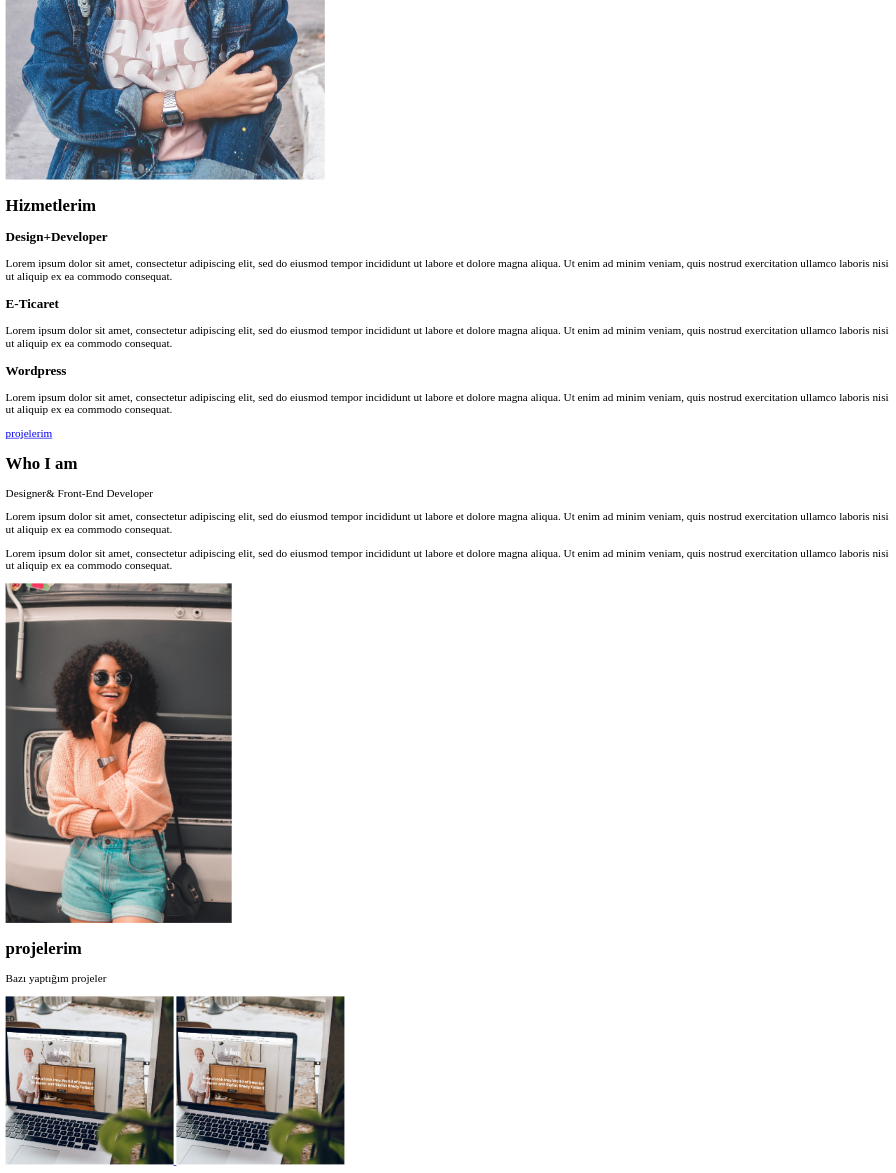
Repository: denizangin/portfolyo
Page: index.html
An editor plug-in stored every save of this project. The page is shown before and after the next save, followed by the edit.
The browser window is 1280 px wide. The pictures show the part of the page from y = 688 to 2608 px (the page is 2364 px tall before and 2608 px after), at 70% of full size.

Above is the page before, as saved 2024-08-01 04:13:06.

### index.html
<!DOCTYPE html>
<html lang="tr">

<head>
    <meta charset="UTF-8">
    <meta name="viewport" content="width=device-width, initial-scale=1.0">
    <title> jane Smith Portfolyo</title>
</head>

<body>
    <header>
        <div class="logo">
            <img src="img/DEVJANE.png" alt="logo">
        </div>

        <button class="nav-toggle">
            <span class="hamburger"></span>
        </button>

        <nav class="nav">
            <ul class="nav__list">
                <li class="nav__item">
                    <a href="#home" class="nav__link">Anasayfa</a>
                </li>
                <li class="nav__item">
                    <a href="#services" class="nav__link">Hizmetlerim</a>
                </li>
                <li class="nav__item">
                    <a href="#" class="nav__link">Hakkımda</a>
                </li>
                <li class="nav__item">
                    <a href="#" class="nav__link">projelerim</a>
                </li>
            </ul>
        </nav>


    </header>

    <!-- Introduction-->
    <section class="intro" id="home">
        <h1 class="section__title section__title--intro"> Hi, I am <strong> jane Smith </strong> </h1>
        <P class="section__titlesection__subtitle--intro"> front-end dev</P>
        <img src="img/component (3).png" alt="jane smith gülümsediği foto">
    </section>

    <!--My Services-->
    <section class="my services" id="services">
        <h2 class="section__titile section__title--services"> Hizmetlerim</h2>
        <div class="services">
            <div class="service">
                <h3> Design+Developer</h3>
                <p> Lorem ipsum dolor sit amet, consectetur adipiscing elit, sed do eiusmod tempor incididunt ut labore
                    et dolore magna aliqua. Ut enim ad minim veniam, quis nostrud exercitation ullamco laboris nisi ut
                    aliquip ex ea commodo consequat.</p>
            </div>

            <div class="service ">
                <h3>E-Ticaret</h3>
                <p>Lorem ipsum dolor sit amet, consectetur adipiscing elit, sed do eiusmod tempor incididunt ut labore
                    et dolore magna aliqua. Ut enim ad minim veniam, quis nostrud exercitation ullamco laboris nisi ut
                    aliquip ex ea commodo consequat.</p>
            </div>

            <div class="service ">
                <h3>Wordpress</h3>
                <p>Lorem ipsum dolor sit amet, consectetur adipiscing elit, sed do eiusmod tempor incididunt ut labore
                    et dolore magna aliqua. Ut enim ad minim veniam, quis nostrud exercitation ullamco laboris nisi ut
                    aliquip ex ea commodo consequat.</p>
            </div>
        </div>

        <a href="#work"> projelerim </a>

    </section>

    <!--About Me-->
    <section class="about_me" id="about">
        <h2 class="section__title section __title--about"> Who I am</h2>
        <P class="section __subtitle section__subtitle--about">Designer& Front-End Developer</P>

        <div class="about-me__body">
            <p> Lorem ipsum dolor sit amet, consectetur adipiscing elit, sed do eiusmod tempor incididunt ut labore et
                dolore magna aliqua. Ut enim ad minim veniam, quis nostrud exercitation ullamco laboris nisi ut aliquip
                ex ea commodo consequat.</p>
            <p>Lorem ipsum dolor sit amet, consectetur adipiscing elit, sed do eiusmod tempor incididunt ut labore et
                dolore magna aliqua. Ut enim ad minim veniam, quis nostrud exercitation ullamco laboris nisi ut aliquip
                ex ea commodo consequat.</p>
        </div>

        <img src="img/component.png" alt="jane ayakta fotosu">
    </section>

    <!--My Work-->
     <section class="my-work" id="work">
        <h2 class= "section__title"> projelerim </h2>
        <p class="section__subtitle"> Bazı yaptığım projeler</p>

        <div class="portfolio">
            <a href="#" class="portfolio-item">
                <img src="img/component (15).png" class="portfolio__item">
                <a href="#" class="portfolio-item">
                    <img src="img/component (15).png" class="portfolio__item">


            </a>

        </div>


     </section>











</body>

</html>

After the next save:
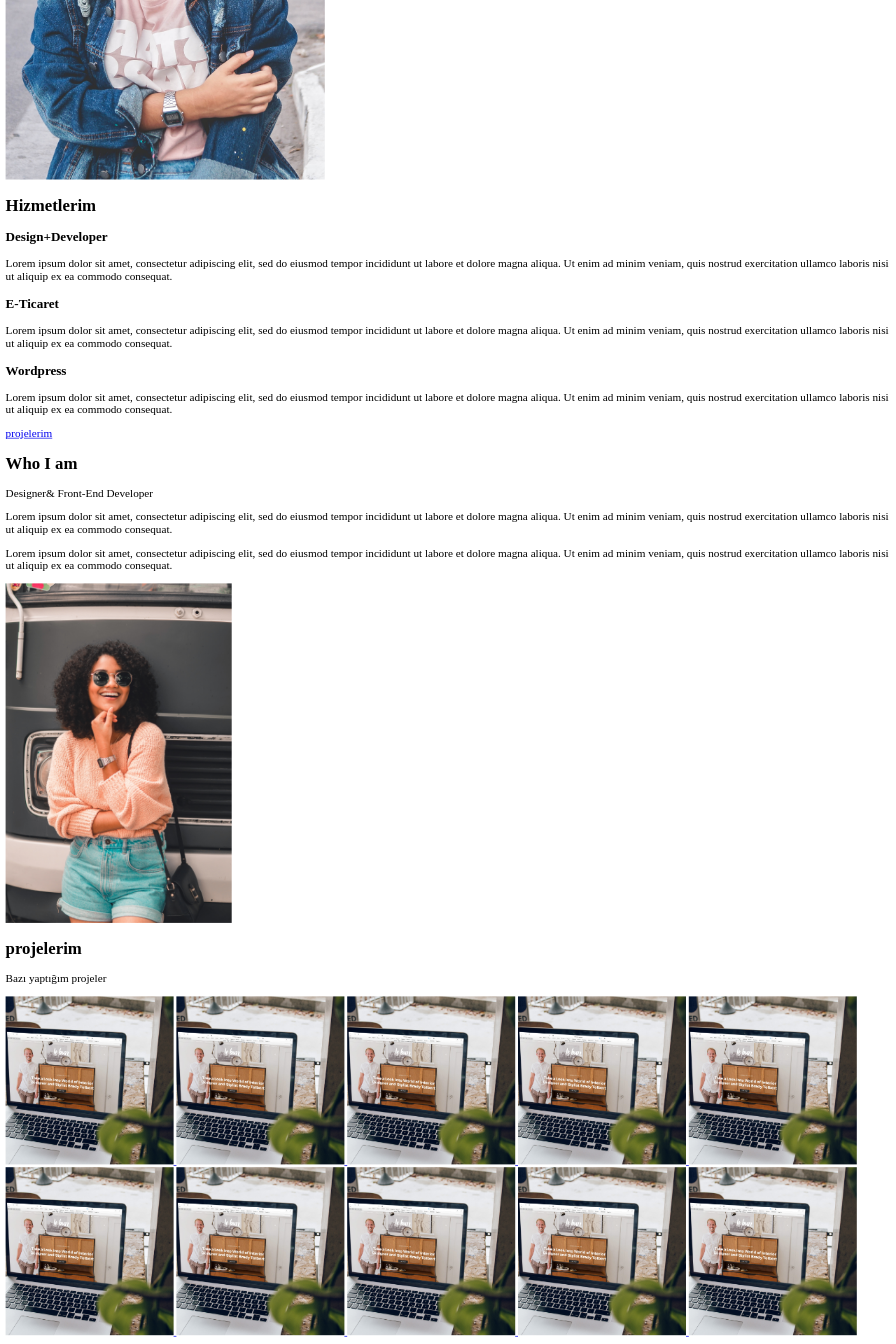
Saved 6 s later.
--- a/index.html
+++ b/index.html
@@ -100,7 +100,15 @@
             <a href="#" class="portfolio-item">
                 <img src="img/component (15).png" class="portfolio__item">
                 <a href="#" class="portfolio-item">
-                    <img src="img/component (15).png" class="portfolio__item">
+                    <img src="img/component (15).png" class="portfolio__item"><a href="#" class="portfolio-item">
+                        <img src="img/component (15).png" class="portfolio__item"><a href="#" class="portfolio-item">
+                            <img src="img/component (15).png" class="portfolio__item"><a href="#" class="portfolio-item">
+                                <img src="img/component (15).png" class="portfolio__item"><a href="#" class="portfolio-item">
+                                    <img src="img/component (15).png" class="portfolio__item"><a href="#" class="portfolio-item">
+                                        <img src="img/component (15).png" class="portfolio__item"><a href="#" class="portfolio-item">
+                                            <img src="img/component (15).png" class="portfolio__item"><a href="#" class="portfolio-item">
+                                                <img src="img/component (15).png" class="portfolio__item"><a href="#" class="portfolio-item">
+                                                    <img src="img/component (15).png" class="portfolio__item">
 
 
             </a>
